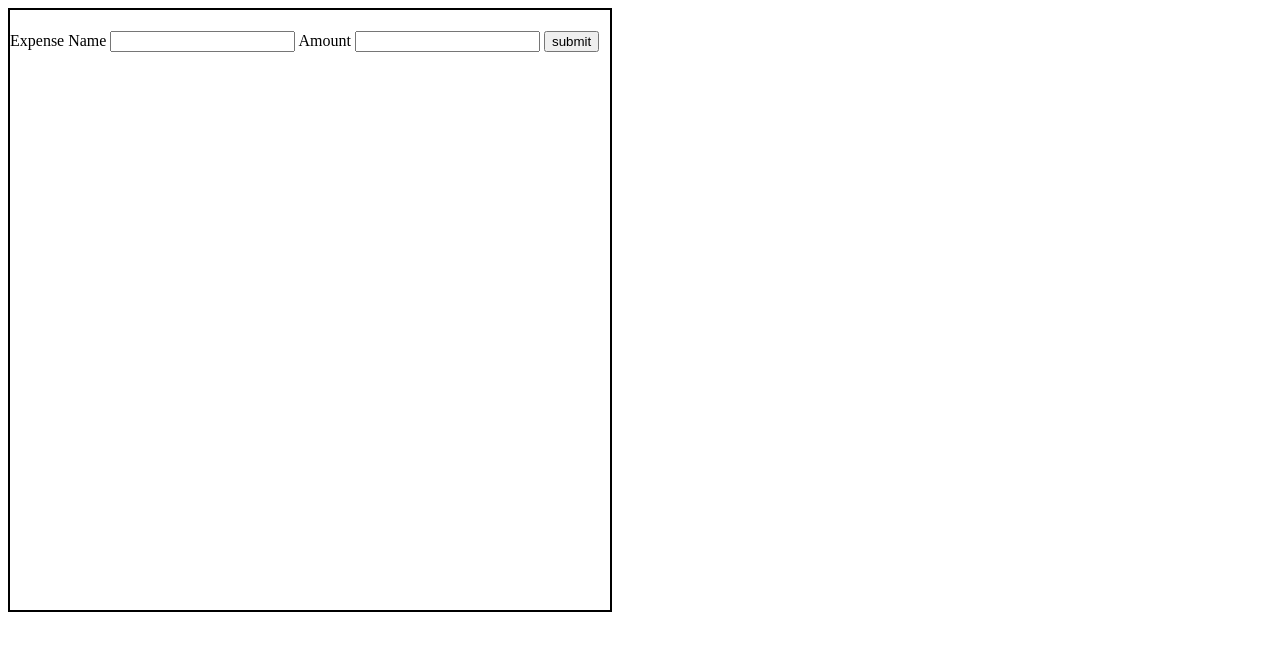
Repository: sarthak-tyagi123/expensetracker12
Page: http://localhost/
An editor plug-in stored every save of this project. The page is shown before and after the next save, followed by the edit.
The browser window is 1280 px wide. The pictures show the whole page.
The page is served by the project's Node server (app.js).

Above is the page before, as saved 2025-06-20 23:52:46.

### views/1.ejs
<!DOCTYPE html>
<html lang="en">
<head>
    <meta charset="UTF-8">
    <meta name="viewport" content="width=device-width, initial-scale=1.0">
    <title>Expense Tracker</title>
    <style>
       .container{
             height: 600px;
             width: 600px;
             border:2px solid  black;

       }
    </style>
</head>
<body>

    <div class="container">

    <form action="/expenses" method="post">
        <h1></h1>

    <label for="text">Expense Name</label>
    <input type="text" name="name" required>
    <label for="number">Amount </label>
    <input type="number" name="amount" required>
    <button>submit</button>

    </form>

    </div>


</body>
</html>

### app.js
let express=require("express");
let app=express();
app.use(express.urlencoded({ extended: true }));
app.set("view engine",'ejs');

app.get("/",function(req,res){
    res.render("1.ejs");
})

// let expenses = [];
// app.post("/expenses",function(req,res){
//   const { name, amount } = req.body;
//   expenses.push({ name, amount: Number(amount) });
// //   res.render('expenses.ejs', { name, amount })
//   res.render("expenses", { expenses:expenses || []});
// })

app.listen(3000);

After the next save:
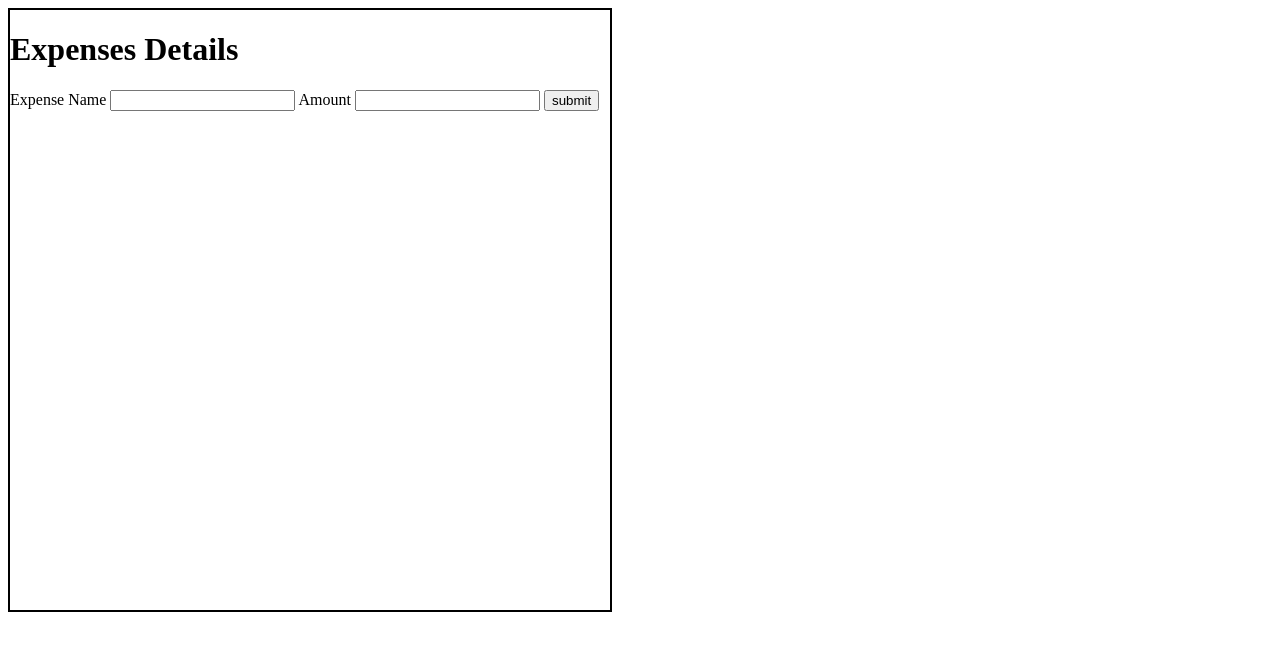
Saved 6 s later.
--- a/views/1.ejs
+++ b/views/1.ejs
@@ -18,7 +18,7 @@
     <div class="container">
 
     <form action="/expenses" method="post">
-        <h1></h1>
+        <h1>Expenses Details</h1>
 
     <label for="text">Expense Name</label>
     <input type="text" name="name" required>
